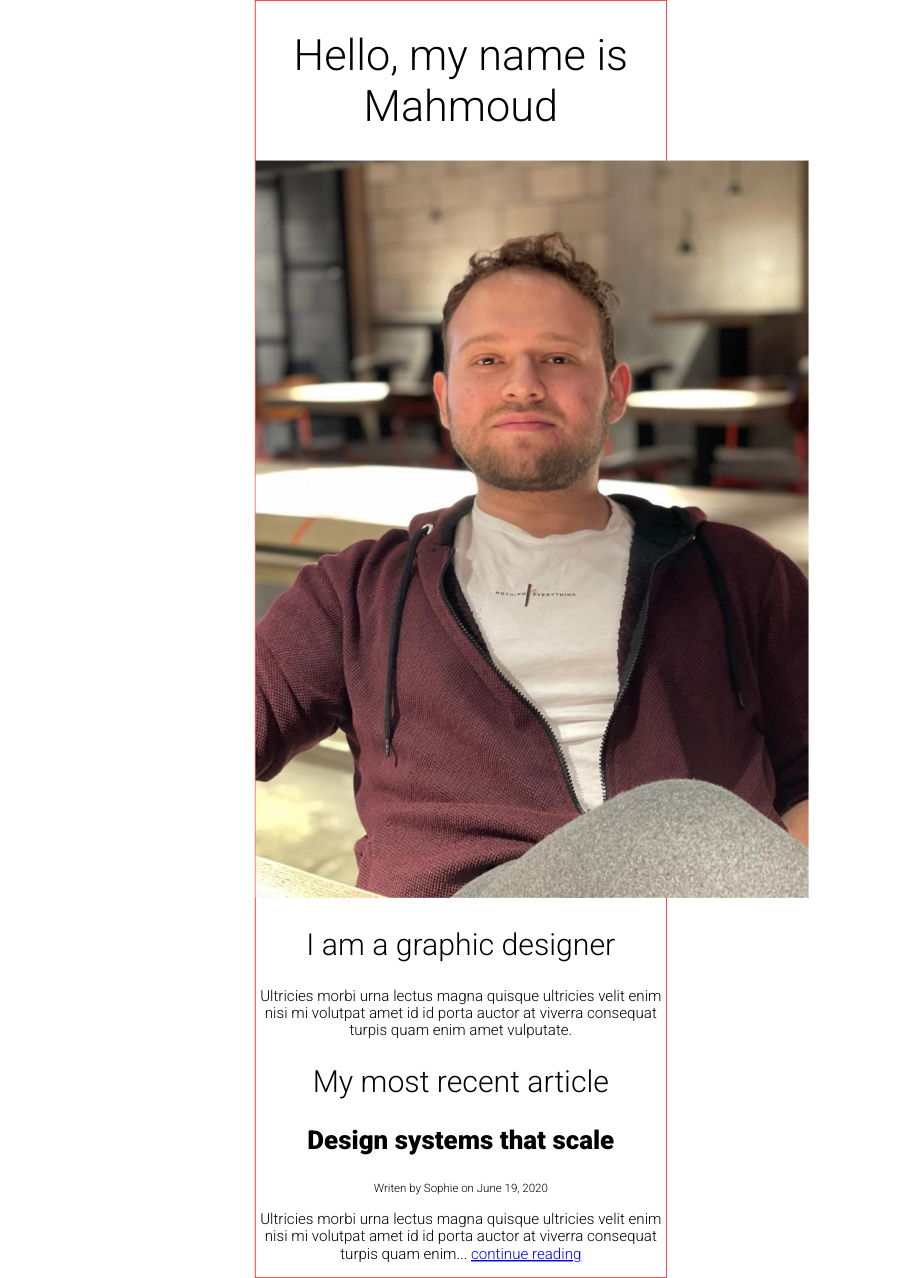
Repository: Doumham-Armah/portfolio
Page: index.html
These files come from the project's save history. The page is drawn as it stood at one moment and after the next save; the edit follows.
The browser window is 1280 px wide. The pictures show the whole page, at 72% of full size.

Above is the page before, as saved 2021-08-16 23:12:33.

### index.html
<!DOCTYPE html>
<html>
  <head>
    <title>HTML & CSS Fundamentals | Challenges</title>
    <link rel="preconnect" href="https://fonts.googleapis.com" />
    <link rel="preconnect" href="https://fonts.gstatic.com" crossorigin />
    <link
      href="https://fonts.googleapis.com/css2?family=Roboto:wght@300;900&display=swap"
      rel="stylesheet"
    />
    <link href="./style.css" rel="stylesheet" />
  </head>

  <body>
    <div class="container">
      <h1>Hello, my name is Mahmoud</h1>
      <img src="./images/photo.jpeg" alt="image of me" />
      <h2>I am a graphic designer</h2>
      <p>
        Ultricies morbi urna lectus magna quisque ultricies velit enim nisi mi
        volutpat amet id id porta auctor at viverra consequat turpis quam enim
        amet vulputate.
      </p>

      <h2>My most recent article</h2>
      <article>
        <h3>Design systems that scale</h3>
        <p class="small-text">Writen by Sophie on June 19, 2020</p>
        <p>
          Ultricies morbi urna lectus magna quisque ultricies velit enim nisi mi
          volutpat amet id id porta auctor at viverra consequat turpis quam
          enim... <a href="#">continue reading</a>
        </p>
      </article>
    </div>
  </body>
</html>

### style.css
body {
  margin: 0;
  font-size: 1.3125rem;
}

.container {
  width: 570px;
  margin: 0 auto;
  border: 1px solid red;
  text-align: center;
  font-family: "Roboto", sans-serif;
}

h1,
h2 {
  font-weight: 300;
}

h1 {
  font-size: 3.75rem;
}

h2 {
  font-size: 2.625rem;
}

h3 {
  font-size: 2.25rem;
}

.small-text {
  font-size: 16px;
}

After the next save:
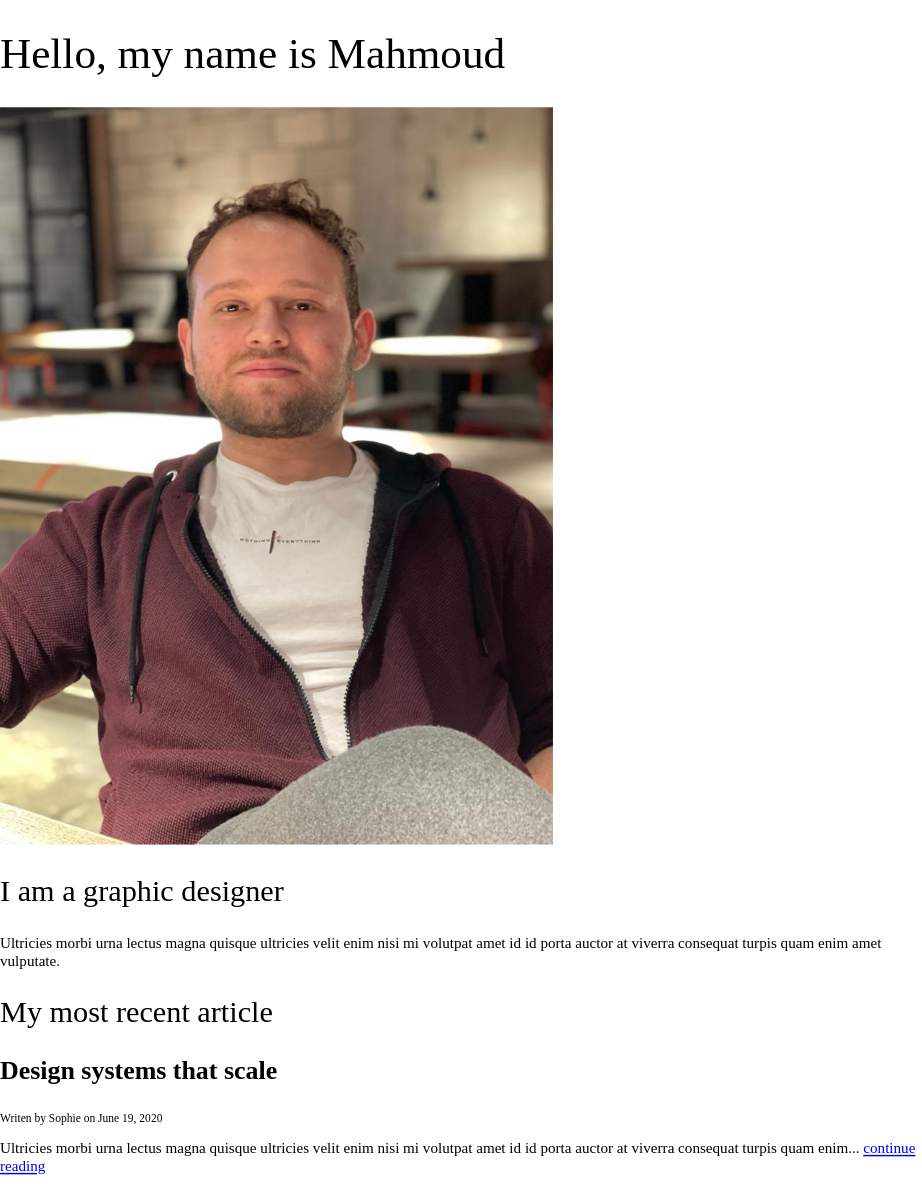
Saved 8 s later.
--- a/style.css
+++ b/style.css
@@ -1,14 +1,6 @@
 body {
   margin: 0;
   font-size: 1.3125rem;
-}
-
-.container {
-  width: 570px;
-  margin: 0 auto;
-  border: 1px solid red;
-  text-align: center;
-  font-family: "Roboto", sans-serif;
 }
 
 h1,

After the save that followed:
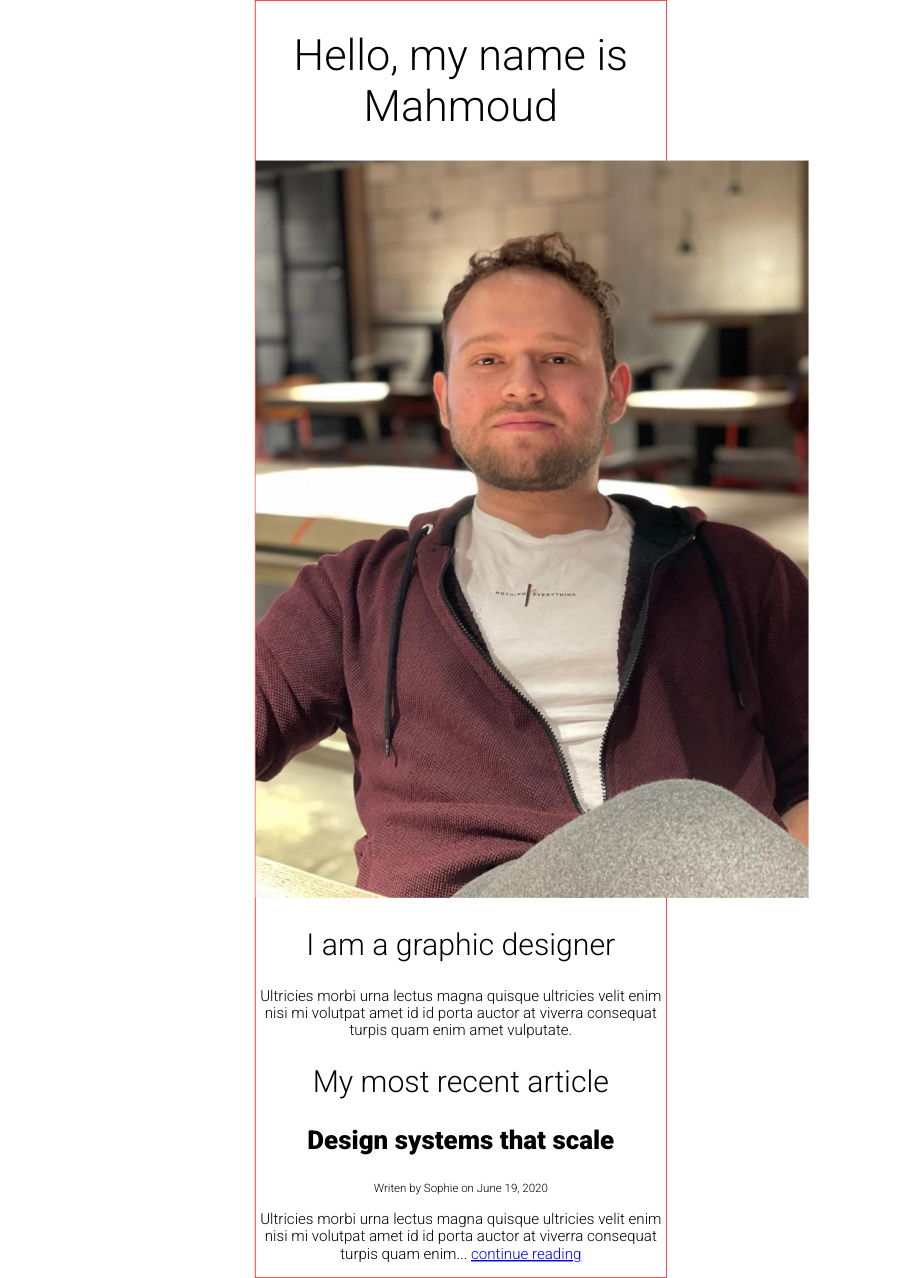
Saved 4 s later.
--- a/style.css
+++ b/style.css
@@ -23,3 +23,11 @@
 .small-text {
   font-size: 16px;
 }
+
+.container {
+  width: 570px;
+  margin: 0 auto;
+  border: 1px solid red;
+  text-align: center;
+  font-family: "Roboto", sans-serif;
+}
